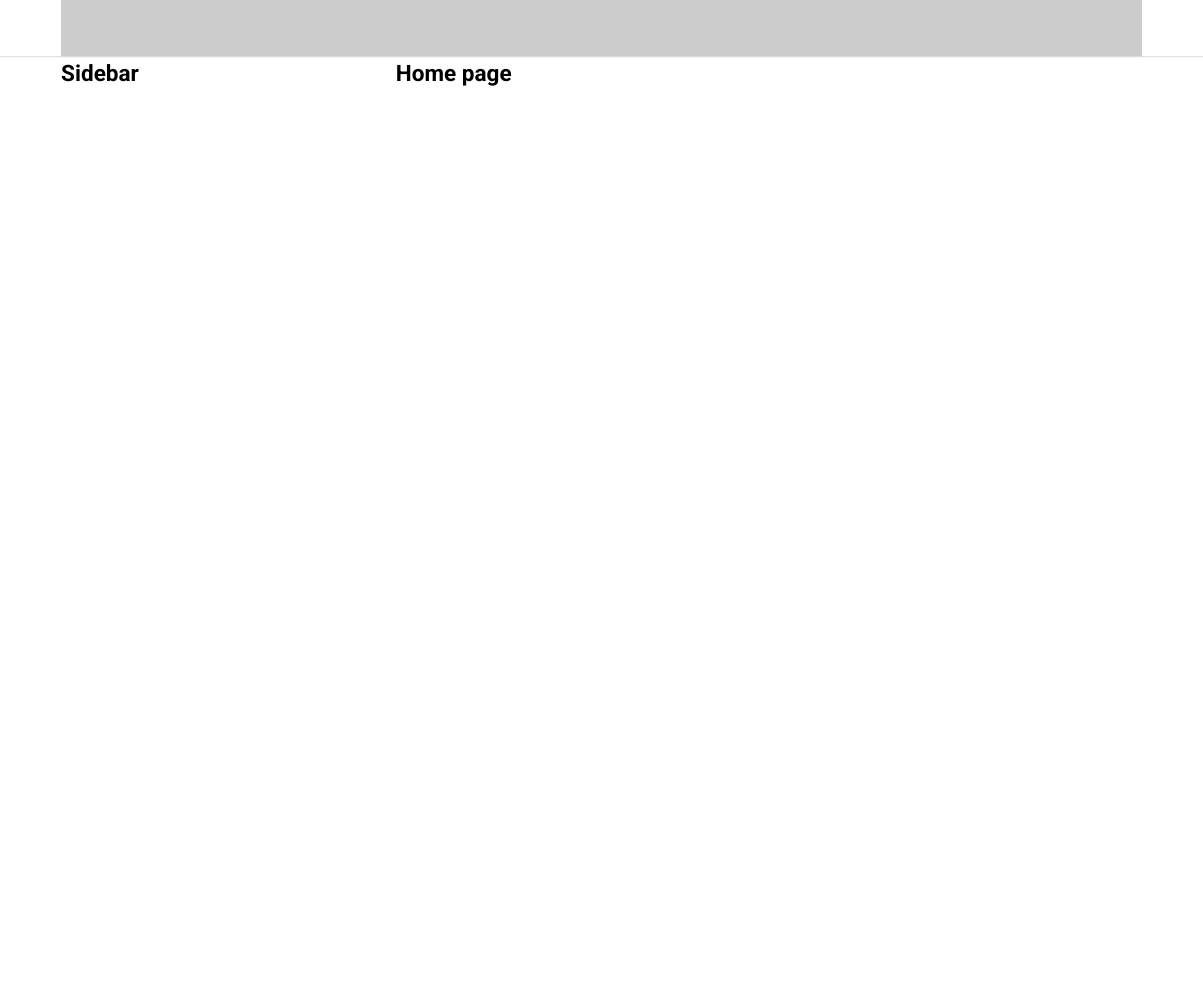
Repository: nguyenhaidang212/tiktok
Page: /
The author's editor kept a copy of each file at every save. The page is drawn from the files as they stood at one save, then again after the next save.
The browser window is 1280 px wide. The pictures show the whole page, at 94% of full size.
The project was rebuilt for these pictures with package versions that can differ from the ones it lists, and the page was loaded fresh each time. Also part of the build but not shown: src/pages/Following/index.js, src/pages/Profile/index.js, src/pages/Upload/index.js, src/components/Layout/HeaderOnly/index.js, src/pages/Search/index.js.

Above is the page before, as saved 2023-04-27 13:27:15.

After the next save:
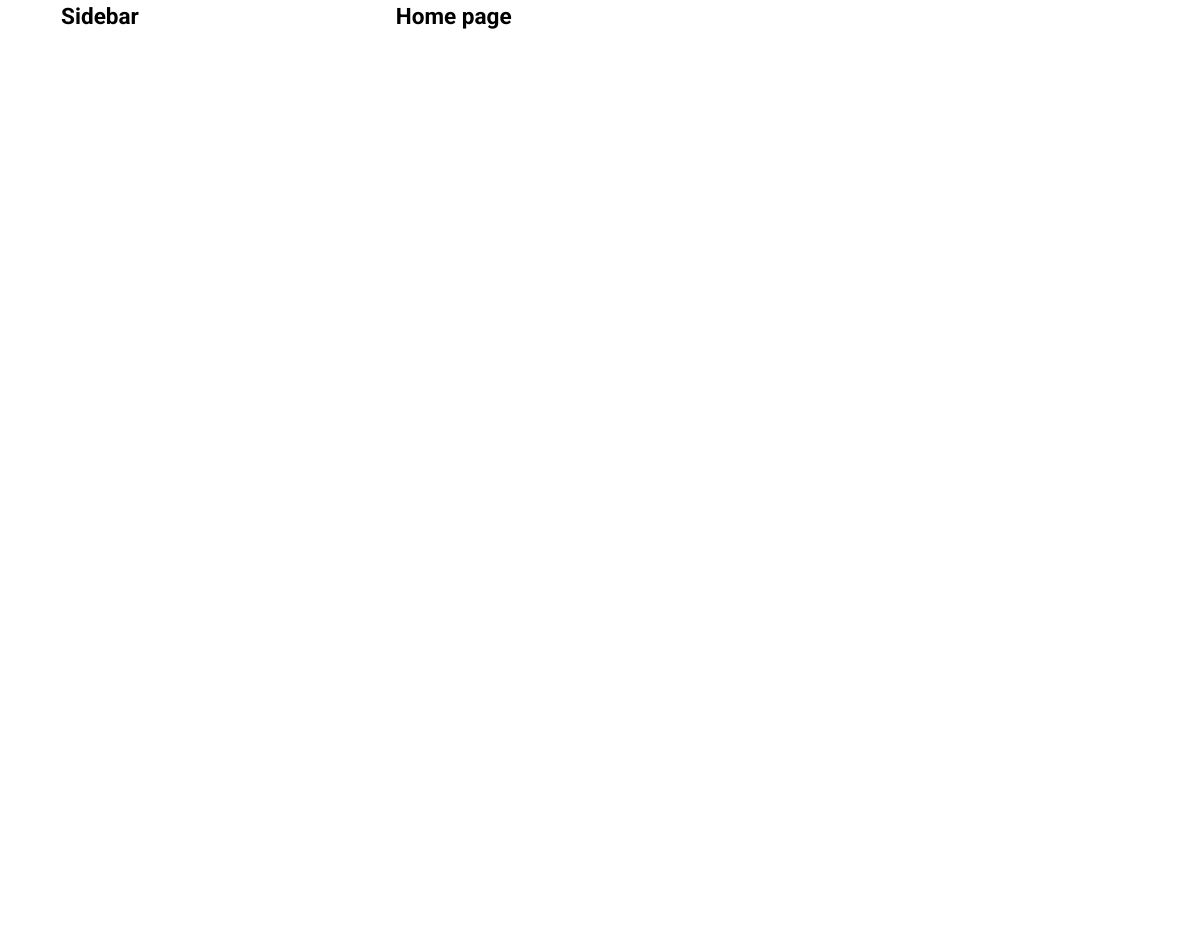
Saved 41 s later.
--- a/src/components/Layout/components/Header/Header.module.scss
+++ b/src/components/Layout/components/Header/Header.module.scss
@@ -1,5 +1,5 @@
 .wrapper {
-    height: 60px;
+    height: var(--default-layout-header-height);
     width: 100%;
     box-shadow: 0px 1px 1px rgb(0 0 0/12%);
     display: flex;
@@ -7,6 +7,6 @@
 }
 .inner {
     height: 100%;
-    width: 1150px;
+    width: var(--defalt-layout-width);
     background-color: #ccc;
 }

After the save that followed:
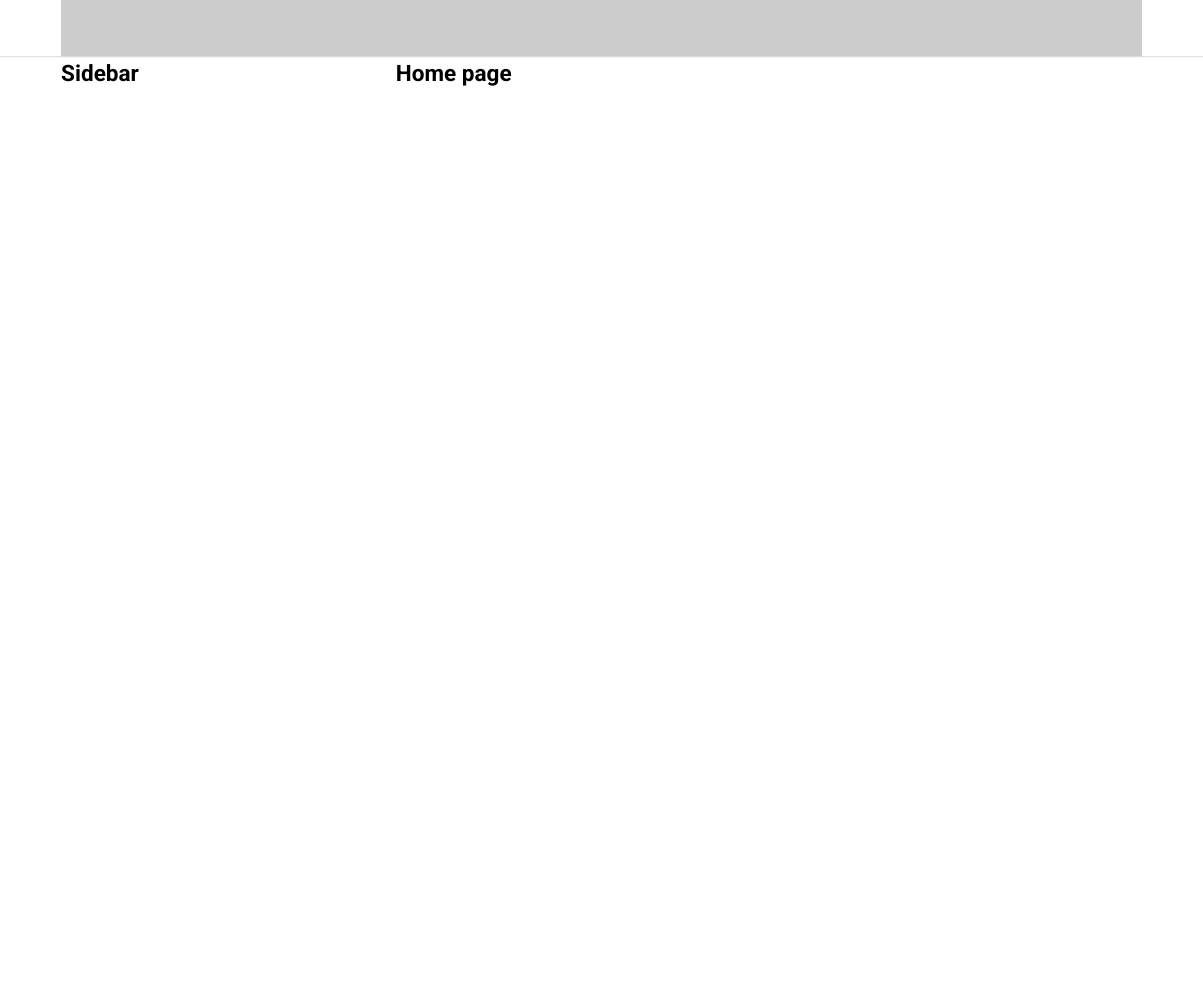
Saved 8 s later.
--- a/src/components/Layout/components/Header/Header.module.scss
+++ b/src/components/Layout/components/Header/Header.module.scss
@@ -1,5 +1,5 @@
 .wrapper {
-    height: var(--default-layout-header-height);
+    height: var(--defalt-layout-header-height);
     width: 100%;
     box-shadow: 0px 1px 1px rgb(0 0 0/12%);
     display: flex;
